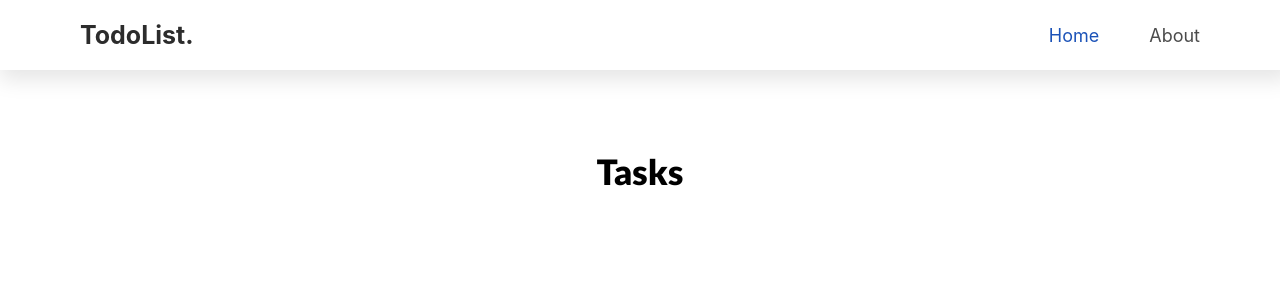
Repository: dqhuy153/react-todoList
Page: /
These files come from the project's save history. The page is drawn as it stood at one moment and after the next save; the edit follows.
The browser window is 1280 px wide. The pictures show the whole page.
The project was rebuilt for these pictures with package versions that can differ from the ones it lists, and the page was loaded fresh each time. Also part of the build but not shown: src/components/UI/LoadingSpinner.module.scss.

Above is the page before, as saved 2021-09-16 19:38:54.

### src/App.js
import React, { Suspense } from 'react';
import { Switch, Route } from 'react-router-dom';

import './App.css';
import Layout from './components/layout/Layout';
import LoadingSpinner from './components/UI/LoadingSpinner';

const Home = React.lazy(() => import('./components/pages/Home'));
const About = React.lazy(() => import('./components/pages/About'));

function App() {
  return (
    <Layout>
      <Suspense
        fallback={
          <div className="centered">
            <LoadingSpinner />
          </div>
        }
      >
        <Switch>
          <Route path="/" exact>
            <Home />
          </Route>
          <Route path="/about">
            <About />
          </Route>
          {/* <Route path="/products" exact>
          <Products />
        </Route>
        <Route path="/products/:productId">
          <ProductDetail />
        </Route> */}
        </Switch>
      </Suspense>
    </Layout>
  );
}

export default App;

### src/App.css
@import url('https://fonts.googleapis.com/css2?family=Lato:ital,wght@0,100;0,300;0,400;0,700;0,900;1,100;1,300;1,400;1,700;1,900&display=swap');

* {
  box-sizing: border-box;
  font-size: 62.5%;
  padding: 0;
  margin: 0;
}

.centered {
  margin: 3rem auto;
  text-align: center;
  display: flex;
  justify-content: center;
  align-items: center;
}

### src/components/layout/Layout.js
import React, { Fragment } from 'react';
import AppNavigation from './AppNavigation';

import styles from './Layout.module.scss';

export default function Layout(props) {
  return (
    <Fragment>
      <AppNavigation logoTitle="TodoList." />
      <main className={styles.main}>{props.children}</main>
    </Fragment>
  );
}

### src/components/UI/LoadingSpinner.js
import styles from './LoadingSpinner.module.scss';

const LoadingSpinner = () => {
  return <div className={styles.spinner}></div>;
};

export default LoadingSpinner;

### src/components/pages/Home.js
import React from 'react';

import styles from './Home.module.scss';

export default function Home(props) {
  return (
    <div className={styles.container}>
      <h1>Tasks</h1>
    </div>
  );
}

### src/components/layout/AppNavigation.js
import React from 'react';
import { NavLink } from 'react-router-dom';

import styles from './AppNavigation.module.scss';

export default function AppNavigation({ logoTitle = 'Demo.', ...props }) {
  return (
    <header className={styles.header}>
      <div className={styles.logo}>{logoTitle}</div>
      <nav>
        <ul>
          <li>
            <NavLink to="/" exact activeClassName={styles.active}>
              Home
            </NavLink>
          </li>
          <li>
            <NavLink to="/about" activeClassName={styles.active}>
              About
            </NavLink>
          </li>
        </ul>
      </nav>
    </header>
  );
}

### src/components/pages/Home.module.scss
.container {
  padding: 15rem 0;

  h1 {
    text-align: center;
    font-family: 'Lato', sans-serif;
    font-weight: 800;
    font-size: 3.5rem;
  }
}

### src/components/layout/AppNavigation.module.scss
.header {
  width: 100%;
  height: 7rem;
  display: flex;
  align-items: center;
  justify-content: space-between;
  background-color: #ffffff;
  padding: 0 8rem;
  box-shadow: 5px 5px 20px 5px rgba(0, 0, 0, 0.1);
  position: fixed;
}

.logo {
  font-size: 2.5rem;
  color: rgb(44, 44, 44);
  font-weight: bold;
}

.header ul {
  list-style: none;
  margin: 0;
  padding: 0;
  display: flex;
  align-items: baseline;
}

.header li {
  margin-left: 5rem;
}

.header a {
  text-decoration: none;
  font-size: 1.8rem;
  color: #4b4b4b;
}

.header a:hover,
.header a:active,
.header a.active {
  color: rgb(28, 83, 184);
}

Loaded but not shown: public/index.html (common file); src/index.js (common file); src/index.css (common file); src/reportWebVitals.js (common file); src/components/layout/Layout.module.scss (no stored copy; drawn as an empty file)

After the next save:
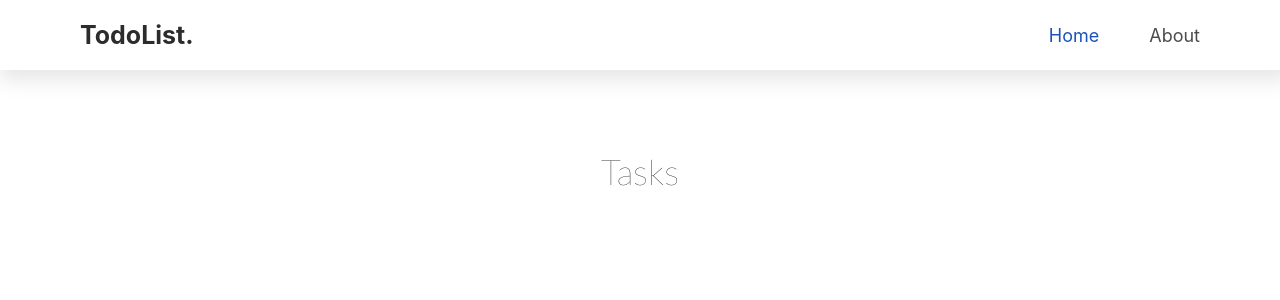
Saved 7 s later.
--- a/src/components/pages/Home.module.scss
+++ b/src/components/pages/Home.module.scss
@@ -4,7 +4,7 @@
   h1 {
     text-align: center;
     font-family: 'Lato', sans-serif;
-    font-weight: 800;
+    font-weight: 100;
     font-size: 3.5rem;
   }
 }
